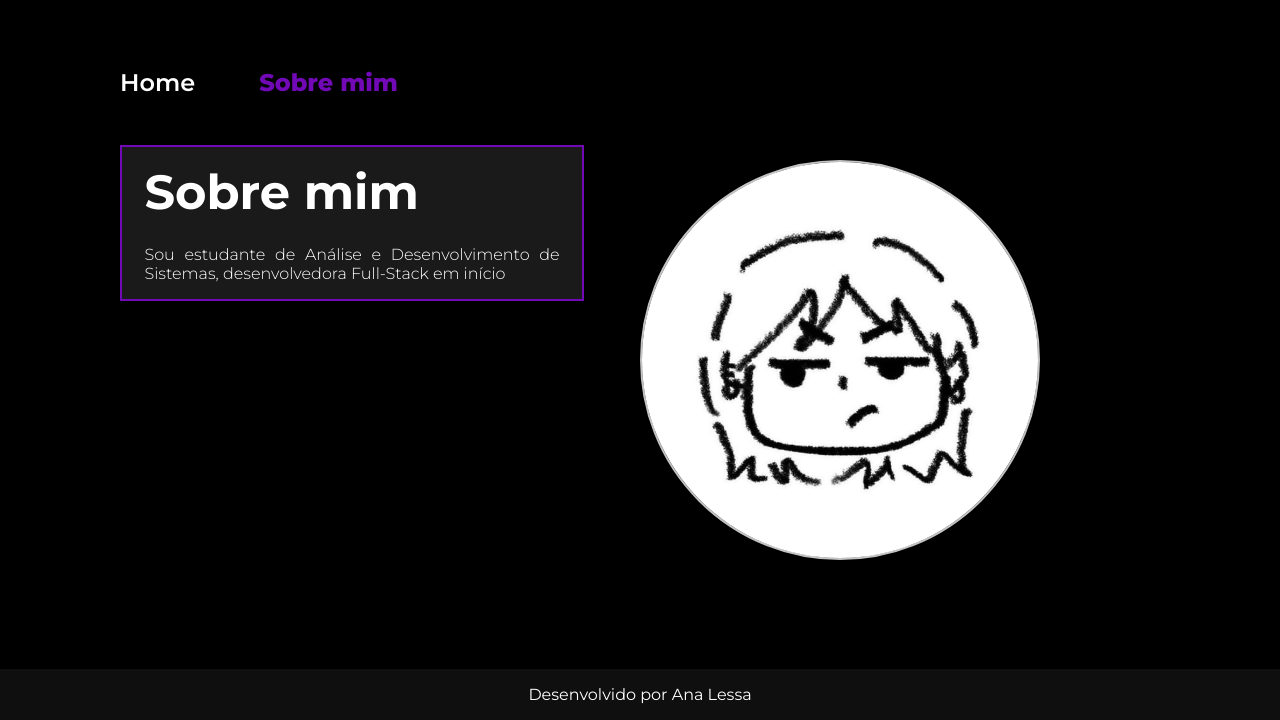
Repository: analessp/portfolio-developer
Page: about-me.html
An editor plug-in stored every save of this project. The page is shown before and after the next save, followed by the edit.
The browser window is 1280 px wide. The pictures show the whole page.

Above is the page before, as saved 2025-04-25 09:38:00.

### about-me.html
<!DOCTYPE html>
<html lang="pt-BR">
<head>
    <meta charset="UTF-8">
    <meta name="viewport" content="width=device-width, initial-scale=1.0">
    <title>Sobre mim</title>
    <link rel="stylesheet" href="/style/style.css"
</head>
<body>
    <header>
        <nav>
            <ul class="navbar-list">
                <li>
                    <a href="index.html" class="page">Home</a>
                </li>
                <li>
                    <a href="about-me.html" class="page active">Sobre mim</a>
                </li>
            </ul>
        </nav>
    </header>
    <main>
        <div class="about-me">
            <h1>Sobre mim</h1>
            <p>Sou estudante de Análise e Desenvolvimento de Sistemas, desenvolvedora Full-Stack em início</p>
        </div>
        <img src="/assets/avatar.jfif" alt="Avatar de Ana Lessa" class="logo">
    </main>
    <footer>Desenvolvido por Ana Lessa</footer>
</body>
</html>

### style/style.css
@import url('https://fonts.googleapis.com/css2?family=Montserrat:ital,wght@0,100..900;1,100..900&display=swap');
@import url(/style/about-me.css);

* {
    margin: 0;
    padding: 0;
    box-sizing: border-box;
    font-family: "Montserrat", sans-serif;
}

html, body {
    height: 100%;
    margin: 0;
}

body {
    height: 100vh;
    width: 100%;
    background-color: black;
    color: white;
    display: flex;
    flex-direction: column;
    justify-content: space-between;
}

.navbar-list {
    padding-left: 120px;
    padding-top: 68px;
    display: flex;
    gap: 4rem;
    list-style-type: none;
    color: #7209b7;
    font-weight: 700;
    font-size: 1.5rem;
    margin-bottom: 3rem;
}

.page {
    text-decoration: none;
    color: white;
    font-weight: 600;
}

.active {
    font-weight: 800;
    color: #7209b7;
}

main {
    padding-left: 120px;
    display: flex;
    gap: 10rem;
    align-items: center;
}

.introduce {
    display: flex;
    flex-direction: column;
    gap: 1.5rem;
    width: 40%;
}

.introduce p {
    text-align: justify;
}

.title {
    text-align: center;
}

.title h1 {
    font-size: 3rem;
}

.title h2 {
    font-size: 1.5rem;
    color: #7209b7;
}

.social-links {
    list-style-type: none;
    display: flex;
    flex-direction: column;
    gap: 1.5rem;
    align-items: center;
}

.social-links li {
    border: 2px solid #c3c3c3;
    background-color: rgba(128, 128, 128, 0.454);
    padding: 1rem 0 1rem 0;
    width: 70%;
    text-align: center;
    border-radius: 12px;

&:hover {
    border: 2px solid rgba(97, 97, 97, 0.454);
    background-color: #7209b7;
    transition-duration: 400ms;
    transform: scale(1.1);
  }
}

.social-links a {
    text-decoration: none;
    color: white;
    font-weight: bold;
}

.logo {
    width: 25rem;
    border-radius: 50%;
    border: 2px solid #c3c3c3;
    height: fit-content;
    position: fixed;
    right: 15rem;
    top: 10rem;
}

footer {
    margin-top: auto;
    padding: 1rem 0 1rem 0;
    background-color: rgb(15, 15, 16);
    display: flex;
    flex-direction: column;
    align-items: center;
    gap: 1rem;
    flex-shrink: 0;
}

footer ul {
    display: flex;
    gap: 2rem;
    list-style: none;
    margin-bottom: 1rem;
}

footer a {
    text-decoration: none;
    color: white;
    font-weight: 600;
}

@media only screen and (max-width: 768px) {

    body {
        justify-content: center;
    }

    .navbar-list {
        justify-content: center;
        padding-left: 0;
        padding-top: 40px;
        margin-bottom: 0;
    }

    main {
        height: 100vh;
        margin-top: 0;
        flex-direction: column-reverse;
        padding-left: 0;
        gap: 1rem;
    }

    .introduce {
        justify-content: flex-end;
        width: 80%;
        margin-bottom: 8rem;
    }

    .logo {
        top: 6.5rem;
        width: 18rem;
    }

}

@media only screen and (max-width: 426px) {
    .logo {
        right: 16%;
    }

    .introduce {
        margin-bottom: 3rem;
    }

    .title h1 {
        font-size: 2.5rem;
        margin-bottom: 0.5rem;
    }
}

### style/about-me.css
.about-me {
    background-color: rgba(255, 255, 255, 0.1);
    display: flex;
    flex-direction: column;
    gap: 1.5rem;
    width: 40%;
    text-align: justify;
    padding: 1rem 1.4rem;
    border: 2px solid #7209b7;
}

.about-me h1 {
    font-size: 3rem;
}

.about-me p {
    font-weight: 300;
}

@media only screen and (max-width: 768px) {
    .about-me {
        width: 70%;
        height: 400px;
        overflow: auto;
        margin-bottom: 8rem;
    }

    .about-me h1 {
        text-align: center;
    }

    .about-me p {
        font-size: 1.2rem;
    }

}

@media only screen and (max-width: 426px) {
    .about-me h1 {
        font-size: 2.5rem;
    }
}

After the next save:
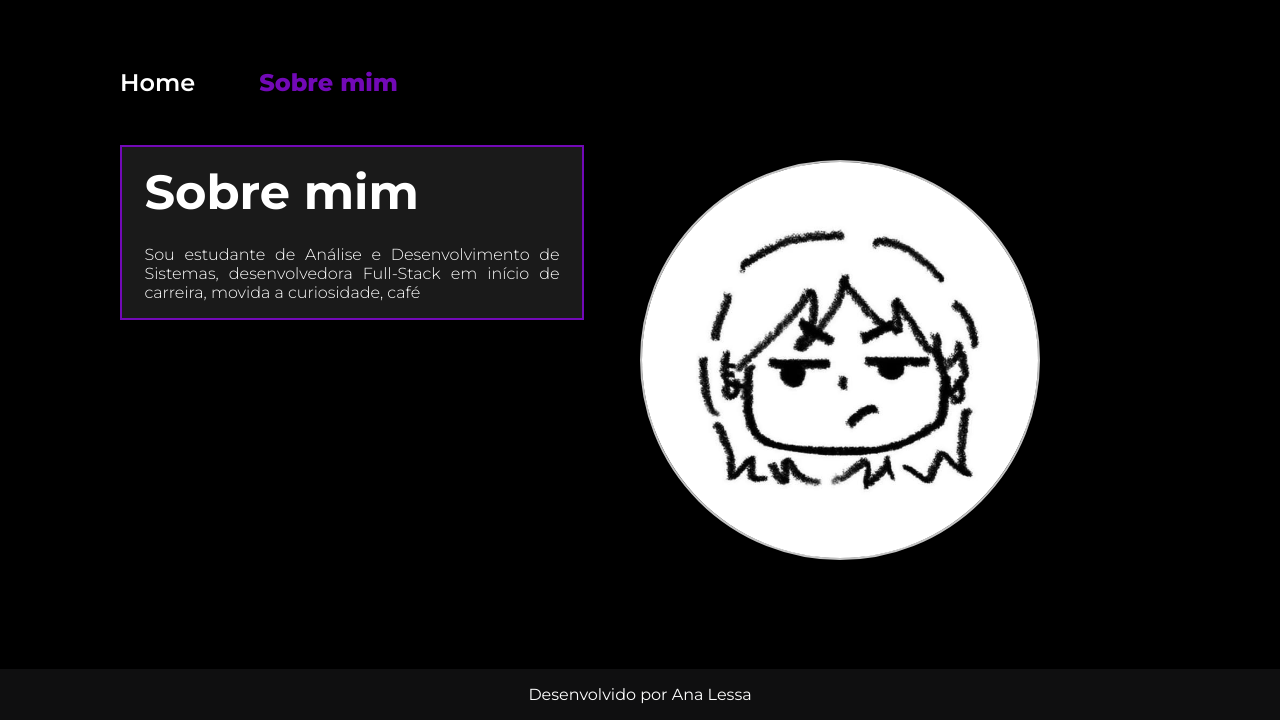
Saved 15 s later.
--- a/about-me.html
+++ b/about-me.html
@@ -22,7 +22,7 @@
     <main>
         <div class="about-me">
             <h1>Sobre mim</h1>
-            <p>Sou estudante de Análise e Desenvolvimento de Sistemas, desenvolvedora Full-Stack em início</p>
+            <p>Sou estudante de Análise e Desenvolvimento de Sistemas, desenvolvedora Full-Stack em início de carreira, movida a curiosidade, café</p>
         </div>
         <img src="/assets/avatar.jfif" alt="Avatar de Ana Lessa" class="logo">
     </main>
